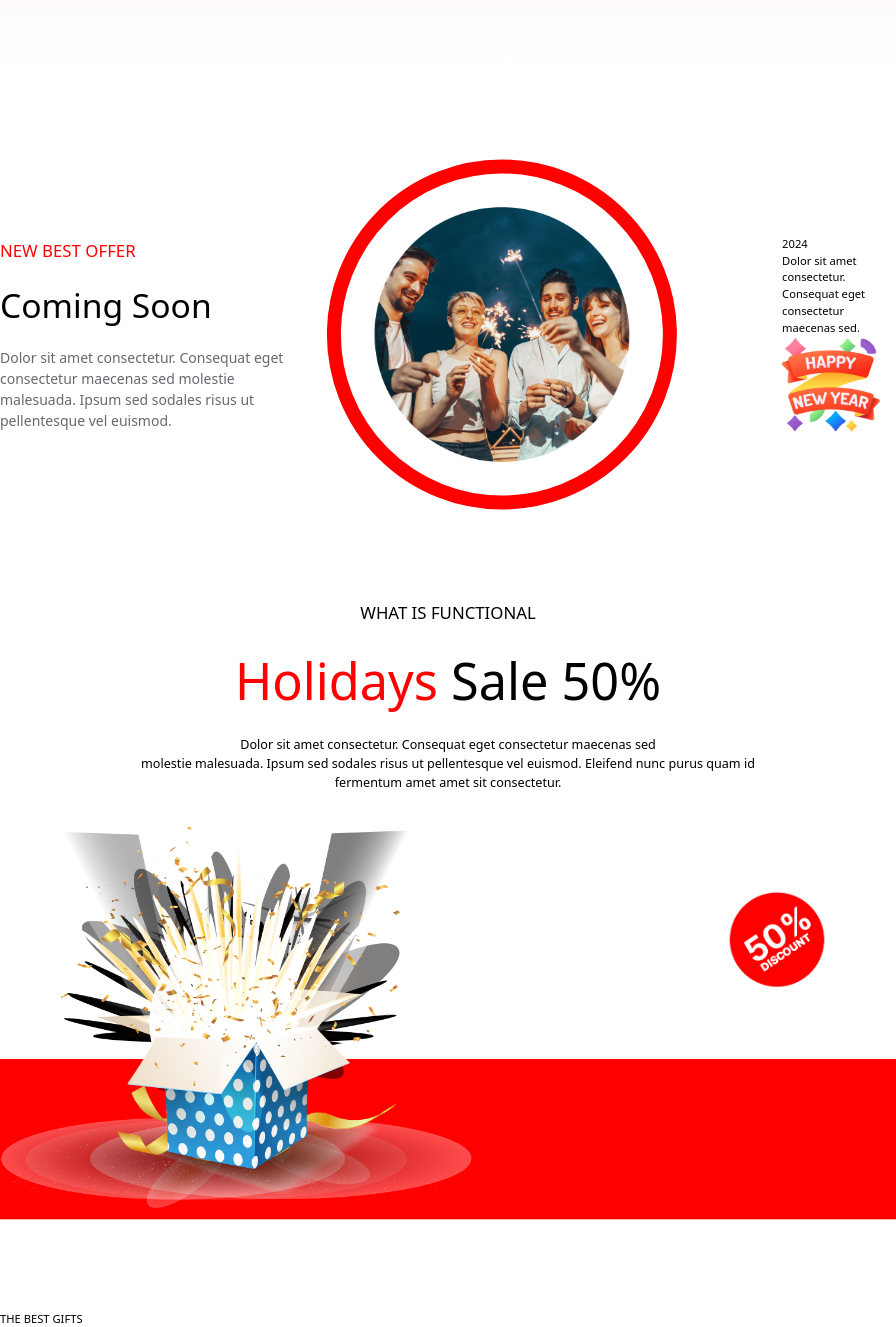
Repository: nahid-hasann/landing-page-1
Page: index.html
These files come from the project's save history. The page is drawn as it stood at one moment and after a run of saves; the edit follows.
The browser window is 1280 px wide. The pictures show the part of the page from y = 2797 to 4717 px (the page is 4693 px tall before and 4717 px after), at 70% of full size.
Some web libraries are served in a nearby version.

Above is the page before, as saved 2025-07-09 21:12:06.

### index.html
<!DOCTYPE html>
<html lang="en">
<head>
    <meta charset="UTF-8">
    <meta name="viewport" content="width=device-width, initial-scale=10">
    <title>Document</title>
    <link rel="stylesheet" href="style.css">
    <script src="https://cdn.tailwindcss.com"></script>

</head>
<body>

<main class="main">

  <section>
      <div class="banner">

        <h6 style="color: white; text-align: center;">Happy New Year</h6>
        <h1 style="color: white; text-align: center;">New Year Party Celebration</h1>

    </div>
  </section>

<section class="discount-section">
      <div class="discount">

      <h1 class="discount-of">65% OFF</h1>
      <br>
      <br>
      <br>
      <p class="discount-p">OUR HOLIDAY DEALS ARE BETTER</p>
      <br>
      <h4 class="discount-h">ALL CATEGORIES</h4>
      <br>
      <img style="width: 802px; text-align: center; margin: auto;" src="images/New Year Photo.png" alt="">

  </div>
</section>

<section class="midnight-party">
      <div>
        <h1 style="font-size: 64px; color: white;">Welcome to midnight party</h1>
        <br>
        <p style="font-size: 18px; color: #b09f7c;">Dolor sit amet consectetur. Consequat eget consectetur maecenas sed molestie malesuada. Ipsum sed sodales risus ut pellentesque vel euismod. </p>
        <br>
        <p style="font-size: 20px ; font-weight: 700; color: white;">Join Now</p>
      </div>

      <img src="images/Group 70.png" alt="">

</section >

<section class=" offer">

         <p style="font-size: 30px;"><span style="color: red; font-size: 30px;">Place:</span> New Park Hotel</p>
         <br>
         <p style="font-size: 30px;"><span style="color: red; font-size: 30px;">Date:</span> 31 December Night 2023</p>
         <br>
         <p style="font-size: 30px;"><span style="color: red; font-size: 30px;">Time:</span> Evening 7.30 pm to 12.30 am</p>
         <br>
         <br>
         <button class="btn">Join Now</button>

</section>


<section class="new-best-offer">

<div class="new-offer1">
  <p style="font-size: 24px; color: red;">NEW BEST OFFER</p>
  <br>
  <h1 style="font-size: 48px;">Coming Soon</h1>
  <br>
  <p style="font-size: 20px ; color: rgba(7, 2, 17, 0.6);">Dolor sit amet consectetur. Consequat eget consectetur maecenas sed molestie malesuada. Ipsum sed sodales risus ut pellentesque vel euismod. </p>
</div>

<div style="padding-right: 100px;" class="new-offer2">
    <div class="circle-border">
      <img style="width: 364px; " src="images/Ellipse 1.png" alt="">
    </div>
</div>

<div class="new-offer3">
      <h2>2024</h2>
      <p>Dolor sit amet consectetur. Consequat eget consectetur maecenas sed.</p>
      <img src="images/Group 96.png" alt="">
</div>

</section>


<section class="holidays">

  <div>
    <p style="font-size: 24px ; text-align: center;">WHAT IS FUNCTIONAL</p>
    <br>
    <h1 style="font-size: 72px; text-align: center;"><span style="color: red; text-align: center;">Holidays</span> Sale 50%</h1>
    <br>
    <p style="text-align: center; font-size: 18px ; padding: 0px 100px;">Dolor sit amet consectetur. Consequat eget consectetur maecenas sed <br>
molestie malesuada. Ipsum sed  sodales risus ut pellentesque vel euismod. Eleifend nunc purus quam id <br> fermentum amet amet sit consectetur.</p>
  </div>

  <div class="holidays-img">
    <img class="img1" src="images/Group 75.png" alt="">
    <img class="img2" src="images/Group 44.png" alt="">
  </div>


</section>


<section class="img-show">

   <div>
    <p>THE BEST GIFTS</p>

   </div>

</section>

</main>





</body>
</html>

### style.css
*{
    margin: 0;
    padding: 0;
    box-sizing: border-box;
}

.main{
    max-width: 1320px;
    margin: auto;
}

.banner{
    background: linear-gradient(rgba(0, 0, 0, 0.5), rgba(0, 0, 0, 0.5)), url(images/banner.png);
    background-repeat: no-repeat;
    background-size: cover;
    background-position: center;
    margin: 20px auto;
    height: 600px;
    display: flex;
    flex-direction: column;
    justify-content: center;
    border-radius: 15px;

}

.banner h1 {
   font-size: 72px;
}

.banner h6{
    font-size: 32px;
}

.discount{
    display: flex;
    flex-direction: column;
    justify-content: center;
    align-items: center;
}

.discount-of{
    font-size: 88px;
    color: red;
}

.discount-p{
    font-size: 24px ;
    color: red;

}

.discount-h{
    font-size: 48px;
}

.discount-section{
    margin: 130px 0;
}

.midnight-party{
    display: flex;
    justify-content: space-around;
    background: linear-gradient(rgba(0, 0, 0, 0.5), rgba(0, 0, 0, 0.5)), url('images/Vectorrr.png');
    align-items: center;
    padding: 40px 100px;
    border-radius: 10px;
    gap: 40px;
    margin-bottom: 130px;
}

.offer{
    background: linear-gradient(to bottom, #ffeaea, #ffffff);
    padding: 100px;
    display: flex;
    flex-direction: column;
    align-items: center;
    margin-bottom: 130px;
    border-radius: 10px;
}

.btn{
    padding: 13px 24px;
    border: none;
    background-color: red;
    border-radius: 5px;
}

.new-best-offer{
    display: flex;
    gap: 50px;
    align-items: center;
    justify-content: space-between;
    margin: 130px auto;
}

.new-offer2 .circle-border{
    width: 500px;
    height: 500px;
    border-radius: 50%;
    display: flex;
    justify-content: center;
    background: transparent;
    align-items: center;
    border: 20px solid red;

}

.new-offer2 img {
    width: 90%;                 /* Size adjust */
    height: auto;
    object-fit: cover;          /* Maintain image aspect */
}

.holidays{
    margin-bottom: 130px;
}

.img1{
    width: 674px;
}

.img2{
    width: 200px;
    margin-bottom: 300px;
    margin-right: 70px;
}

.holidays-img{
    background-image: url('images/rectangle.png');
    background-repeat: no-repeat;
    background-position: center bottom;
    display: flex;
    justify-content: space-between;
    align-items: flex-end;
    margin-top: 50px;
}

After the next 2 saves:
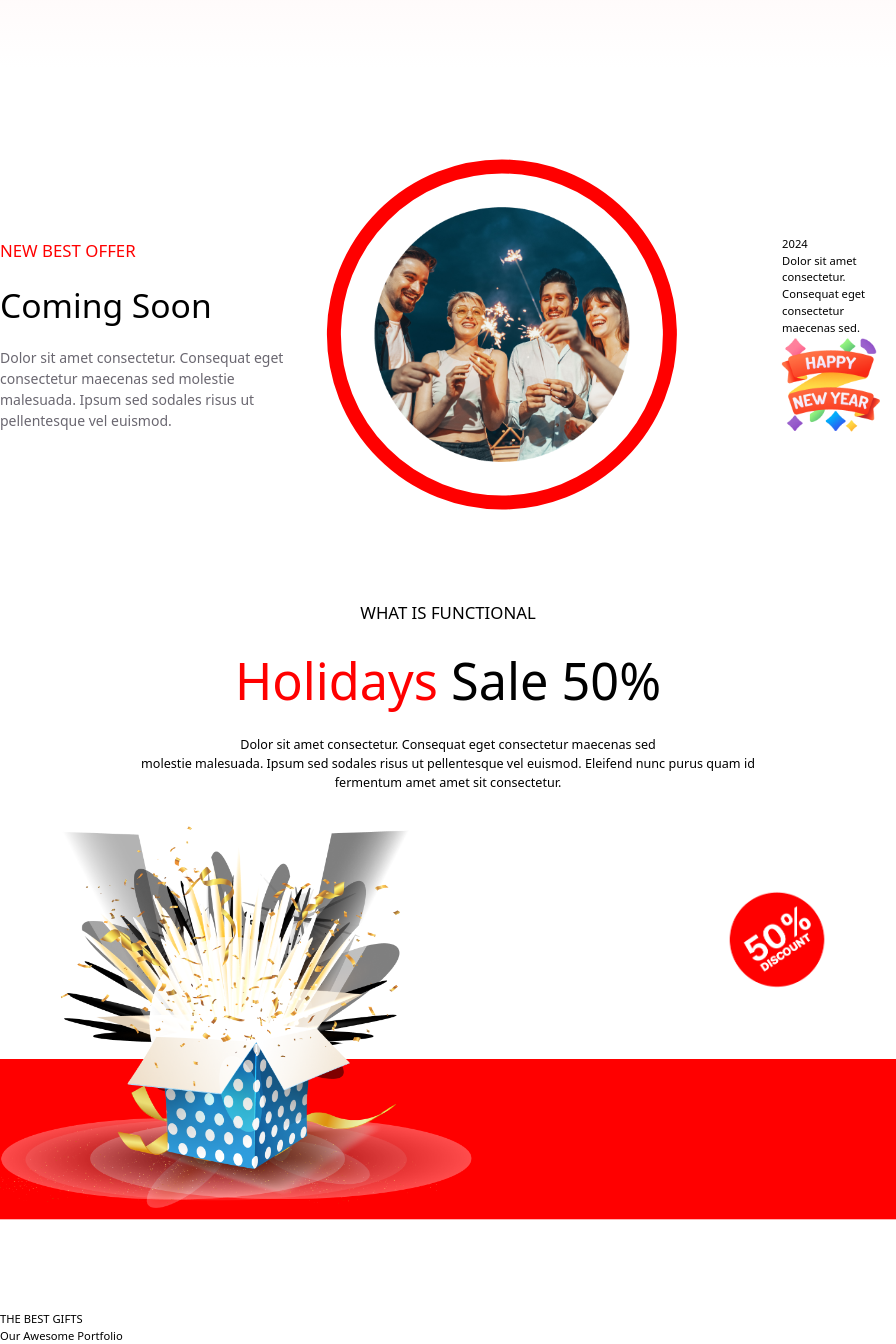
The 2 saves are shown as one change because they came seconds apart.
The last was saved 9 s later.
--- a/index.html
+++ b/index.html
@@ -113,7 +113,7 @@
 
    <div>
     <p>THE BEST GIFTS</p>
-
+    <h1>Our Awesome Portfolio</h1>
    </div>
 
 </section>
